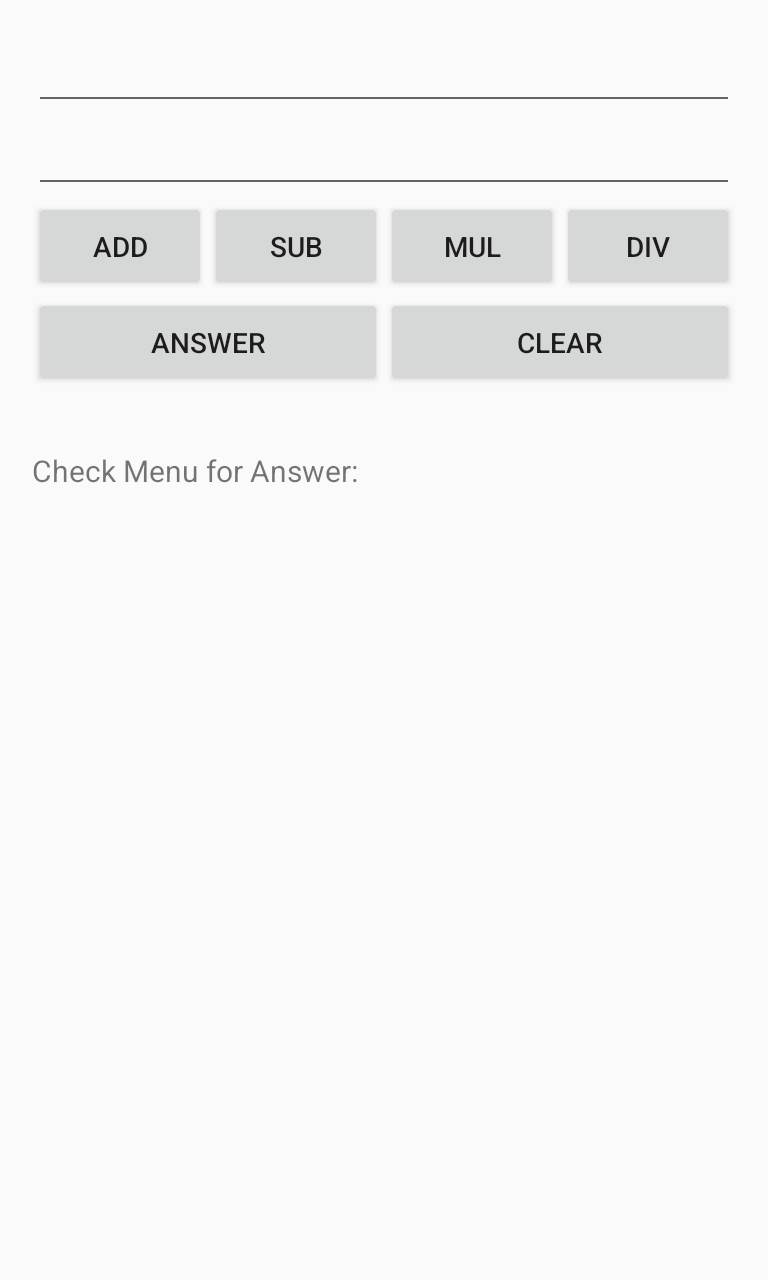
Repository: tamilkarun/Android
Layout: Calc/res/layout/fragment_main.xml
The author's editor kept a copy of each file at every save. The layout is drawn from the files as they stood at one save, then again after the next save.
It is drawn on a 768 x 1280 px phone screen (xhdpi) without system bars, with theme AppTheme; the app's code is not run.

Above is the layout before, as saved 2014-05-14 06:28:57.

After the next save:
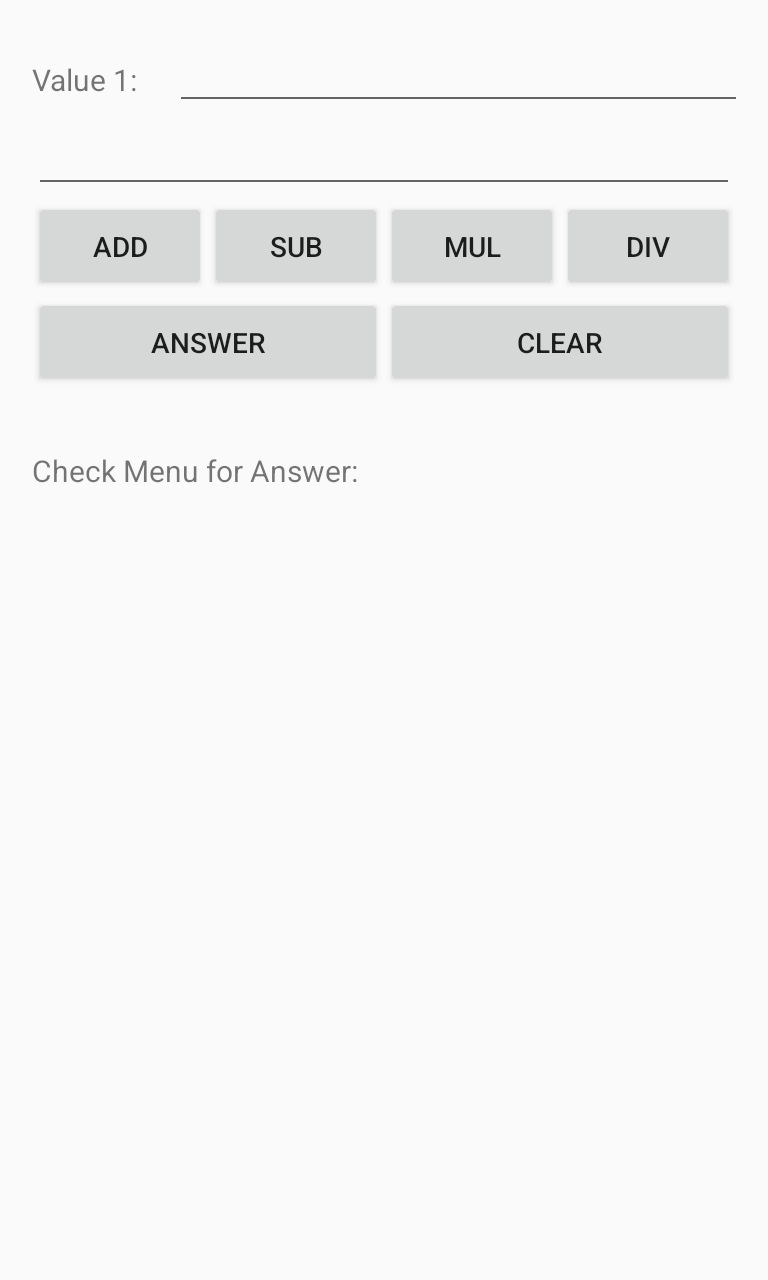
Saved 4 min 52 s later.
--- a/Calc/res/layout/fragment_main.xml
+++ b/Calc/res/layout/fragment_main.xml
@@ -15,7 +15,20 @@
         android:layout_width="fill_parent"
         android:layout_height="wrap_content"
         android:orientation="vertical" >
-
+		<LinearLayout
+		    android:layout_width="fill_parent"
+        	android:layout_height="wrap_content"
+        	android:orientation="horizontal"
+        	android:weightSum="100">
+        <TextView
+            android:id="@+id/Value1"
+            android:layout_width="fill_parent"
+            android:layout_height="wrap_content"
+            android:text="Value 1: "
+            android:gravity="left"
+            android:textSize="15dp"
+            android:layout_weight="80"
+            />
         <EditText
             android:id="@+id/Num1"
             android:layout_width="fill_parent"
@@ -23,9 +36,8 @@
             android:layout_below="@+id/linearLayout1"
             android:layout_centerHorizontal="true"
             android:inputType="number" >
-
         </EditText>
-
+		</LinearLayout>
         <EditText
             android:id="@+id/Num2"
             android:layout_width="fill_parent"
